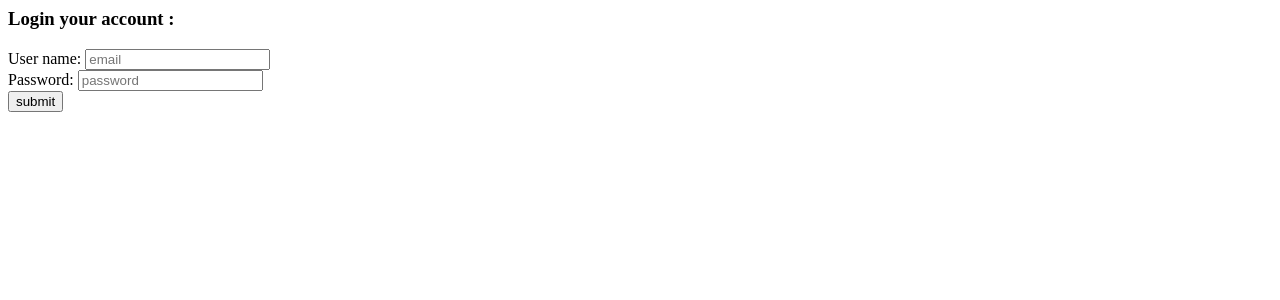
Repository: ApoorvaMishra4/Bootcamp
Page: http://localhost/Login/
These files come from the project's save history. The page is drawn as it stood at one moment and after the next save; the edit follows.
The browser window is 1280 px wide. The pictures show the whole page.
The page is served by Tomcat 9. Other server files are loaded and not shown.

Above is the page before, as saved 2018-08-10 06:02:46.

### Login/src/main/webapp/index.jsp
<%@page import="com.jda.model.UserModel"%>
<html>
<head>
</head>
<body>
	<script type="text/javascript">
		function alertName() {
		<%
		if (request.getSession().getAttribute("user") == null) {
		%>
		alert("Wrong email or password!");
		<% } %>
		}
		window.onload = alertName();
	</script>
	<form method="post" action="login">
		<h3>Login your account :</h3>
		<label for="email">User name:</label> <input type="text" name="email"
			placeholder="email"> <br> <label for="password">Password:</label>
		<input type="password" name="password" placeholder="password">
		<br> <input type="submit" value="submit">
	</form>
</body>
</html>

After the next save:
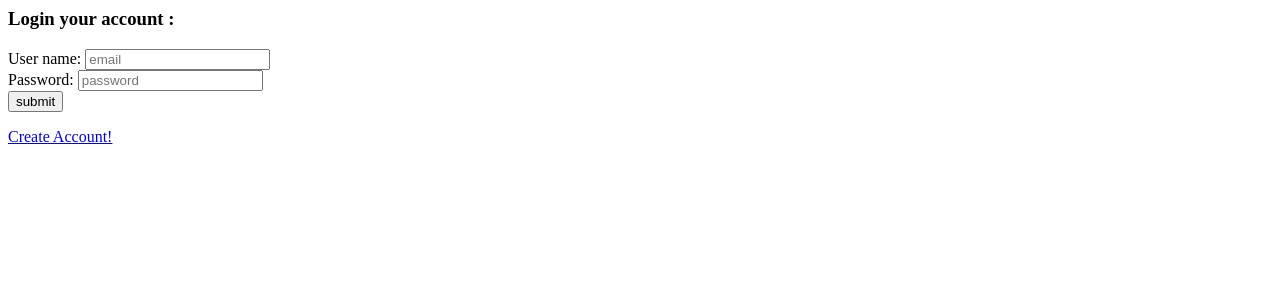
Saved 2 min 15 s later.
--- a/Login/src/main/webapp/index.jsp
+++ b/Login/src/main/webapp/index.jsp
@@ -20,5 +20,6 @@
 		<input type="password" name="password" placeholder="password">
 		<br> <input type="submit" value="submit">
 	</form>
+	<a href="Registration.jsp">Create Account!</a>
 </body>
 </html>
